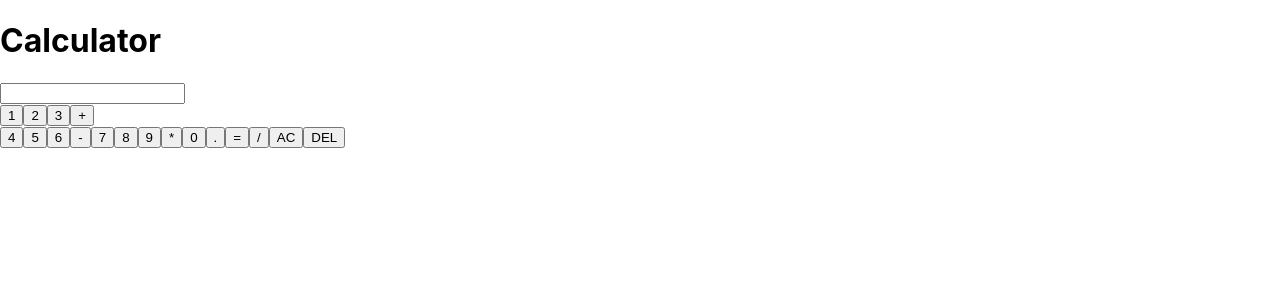
Repository: thesaherriaz/Calculator-React
Page: /
An editor plug-in stored every save of this project. The page is shown before and after a run of saves, followed by the edit.
The browser window is 1280 px wide. The pictures show the whole page.
The project was rebuilt for these pictures with package versions that can differ from the ones it lists, and the page was loaded fresh each time.

Above is the page before, as saved 2025-06-18 14:11:13.

After the next 2 saves:
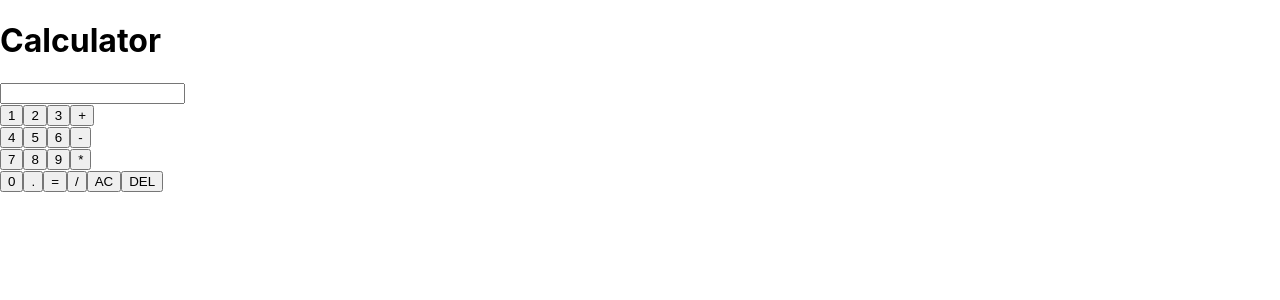
The 2 saves are shown as one change because they came seconds apart.
The last was saved 8 s later.
--- a/src/compnents/Calculator.jsx
+++ b/src/compnents/Calculator.jsx
@@ -14,11 +14,11 @@ function Calculator() {
                 <button>4</button>
                 <button>5</button>
                 <button>6</button>
-                <button>-</button>
+                <button>-</button> <br />
                 <button>7</button>
                 <button>8</button>
                 <button>9</button>
-                <button>*</button>
+                <button>*</button> <br />
                 <button>0</button>
                 <button>.</button>
                 <button>=</button>
